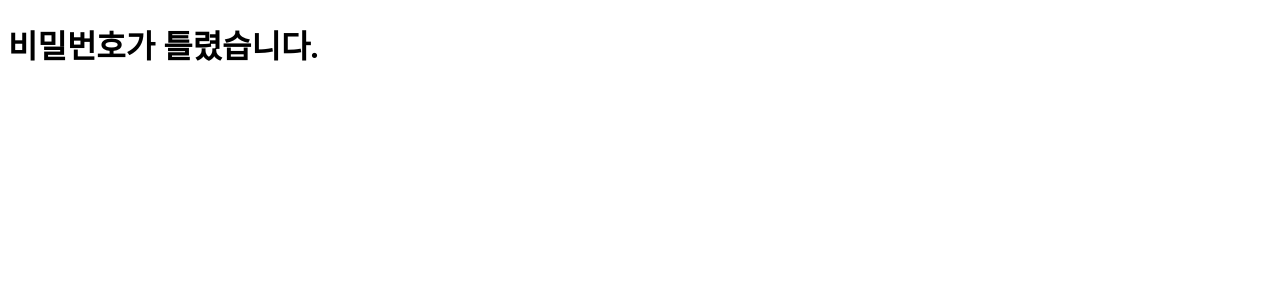
Repository: HeeMang28/jsp
Page: http://localhost/JSPBasic/jspobject/session/session_pw_fail.jsp
The author's editor kept a copy of each file at every save. The page is drawn from the files as they stood at one save, then again after the next save.
The browser window is 1280 px wide. The pictures show the whole page.
The page is served by Tomcat 9.

Above is the page before, as saved 2022-03-30 08:31:49.

After the next save:
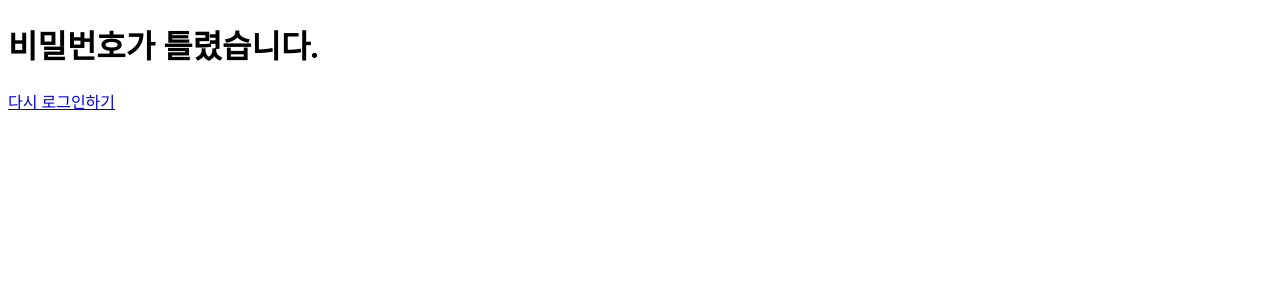
Saved 19 s later.
--- a/JSPBasic/src/main/webapp/jspobject/session/session_pw_fail.jsp
+++ b/JSPBasic/src/main/webapp/jspobject/session/session_pw_fail.jsp
@@ -8,6 +8,6 @@
 </head>
 <body>
 	<h1>비밀번호가 틀렸습니다. </h1>
-	<a href=""
+	<a href="http://localhost:8181/JSPBasic/jspobject/session/session_login_form.jsp">다시 로그인하기</a>
 </body>
 </html>
